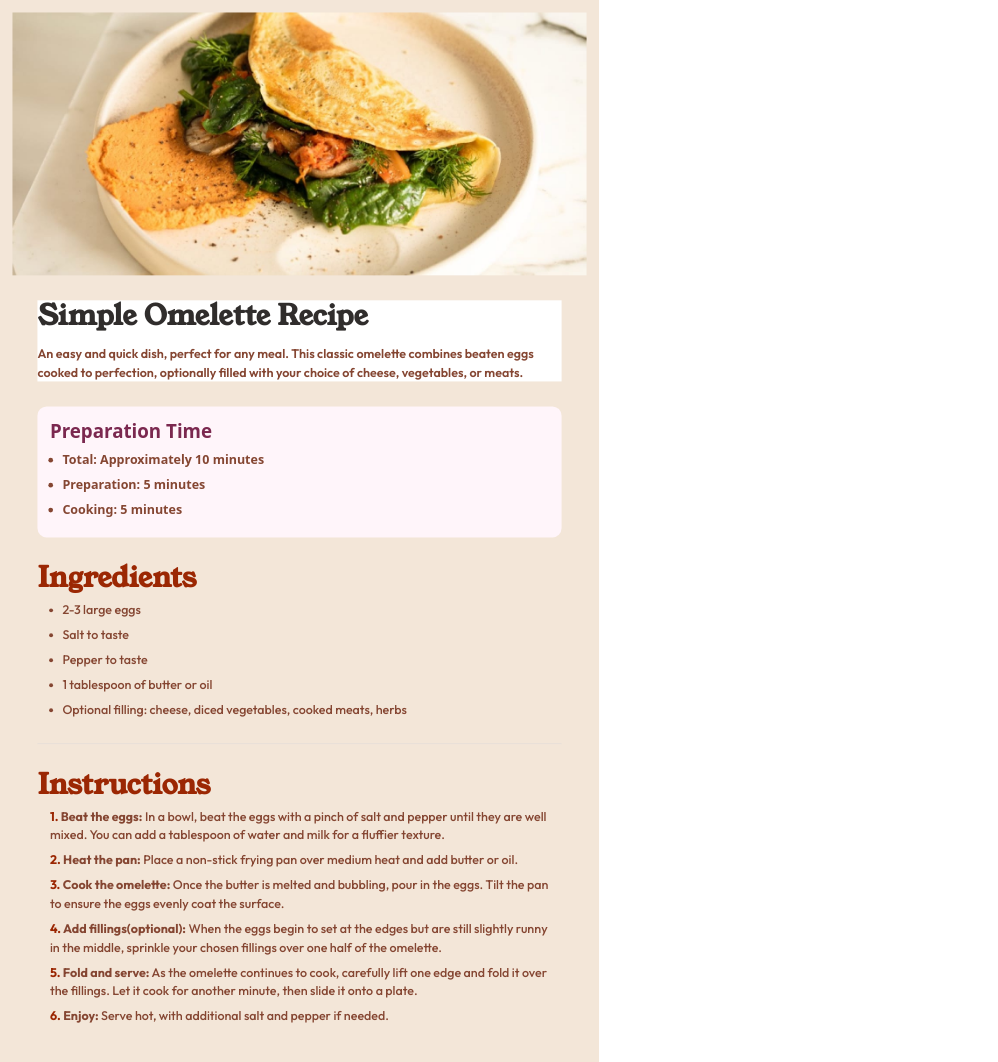
Repository: nivrii/recipe-page-main
Page: /
An editor plug-in stored every save of this project. The page is shown before and after the next save, followed by the edit.
The browser window is 1280 px wide. The pictures show the whole page, at 78% of full size.
The project was rebuilt for these pictures with package versions that can differ from the ones it lists, and the page was loaded fresh each time. Also part of the build but not shown: vite.config.js, src/index.css.

Above is the page before, as saved 2024-03-23 16:14:14.

After the next save:
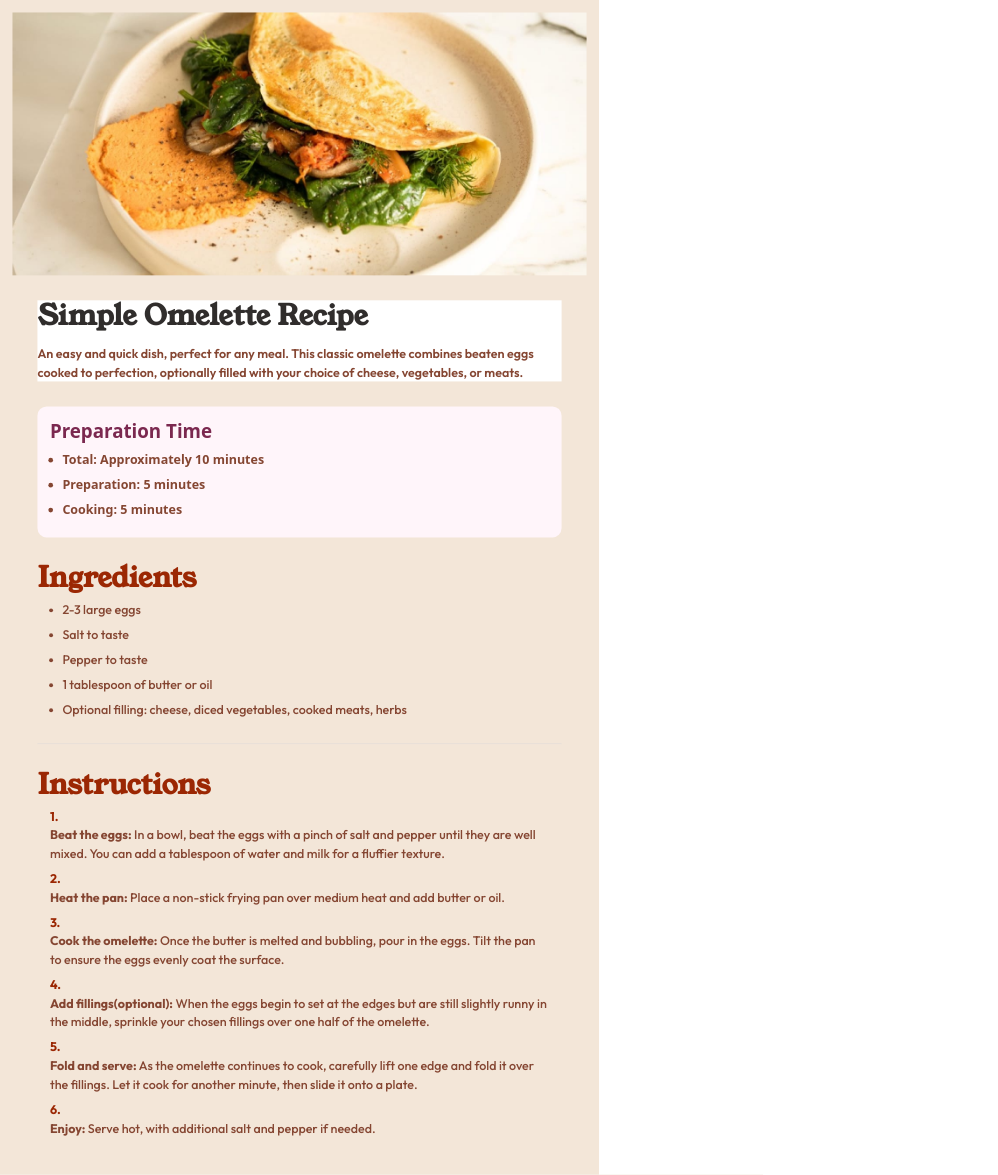
Saved 4 min 46 s later.
--- a/src/App.jsx
+++ b/src/App.jsx
@@ -55,38 +55,53 @@ function App() {
           </h1>
           <ul className="font-outfit mt-2 mb-8 mx-4 text-nutmeg font-medium space-y-2 ">
             <li>
-              <span className="text-nutmegLight font-bold">1.</span>
-              <span className="font-bold"> Beat the eggs:</span> In a bowl, beat the eggs with a pinch
-              of salt and pepper until they are well mixed. You can add a
-              tablespoon of water and milk for a fluffier texture.
+              <div className="text-nutmegLight font-bold">1.</div>
+              <div>
+                <span className="font-bold"> Beat the eggs:</span> In a bowl,
+                beat the eggs with a pinch of salt and pepper until they are
+                well mixed. You can add a tablespoon of water and milk for a
+                fluffier texture.
+              </div>
             </li>
             <li>
-              <span className="text-nutmegLight font-bold">2.</span>
-              <span className="font-bold"> Heat the pan:</span> Place a non-stick frying pan over
-              medium heat and add butter or oil.
+              <div className="text-nutmegLight font-bold">2.</div>
+              <div>
+                <span className="font-bold"> Heat the pan:</span> Place a
+                non-stick frying pan over medium heat and add butter or oil.
+              </div>
             </li>
             <li>
-              <span className="text-nutmegLight font-bold">3.</span>
-              <span className="font-bold"> Cook the omelette:</span> Once the butter is melted and
-              bubbling, pour in the eggs. Tilt the pan to ensure the eggs evenly
-              coat the surface.
+              <div className="text-nutmegLight font-bold">3.</div>
+              <div>
+                <span className="font-bold"> Cook the omelette:</span> Once the
+                butter is melted and bubbling, pour in the eggs. Tilt the pan to
+                ensure the eggs evenly coat the surface.
+              </div>
             </li>
             <li>
-              <span className="text-nutmegLight font-bold">4.</span>
-              <span className="font-bold"> Add fillings(optional):</span> When the eggs begin to set at
-              the edges but are still slightly runny in the middle, sprinkle
-              your chosen fillings over one half of the omelette.
+              <div className="text-nutmegLight font-bold">4.</div>
+              <div>
+                <span className="font-bold"> Add fillings(optional):</span> When
+                the eggs begin to set at the edges but are still slightly runny
+                in the middle, sprinkle your chosen fillings over one half of
+                the omelette.
+              </div>
             </li>
             <li>
-              <span className="text-nutmegLight font-bold">5.</span>
-              <span className="font-bold"> Fold and serve:</span> As the omelette continues to cook,
-              carefully lift one edge and fold it over the fillings. Let it cook
-              for another minute, then slide it onto a plate.
+              <div className="text-nutmegLight font-bold">5.</div>
+              <div>
+                <span className="font-bold"> Fold and serve:</span> As the
+                omelette continues to cook, carefully lift one edge and fold it
+                over the fillings. Let it cook for another minute, then slide it
+                onto a plate.
+              </div>
             </li>
             <li>
               <span className="text-nutmegLight font-bold">6.</span>
-              <span className="font-bold"> Enjoy:</span> Serve hot, with additional salt and pepper if
-              needed.
+              <div>
+                <span className="font-bold"> Enjoy:</span> Serve hot, with
+                additional salt and pepper if needed.
+              </div>
             </li>
           </ul>
         </div>
